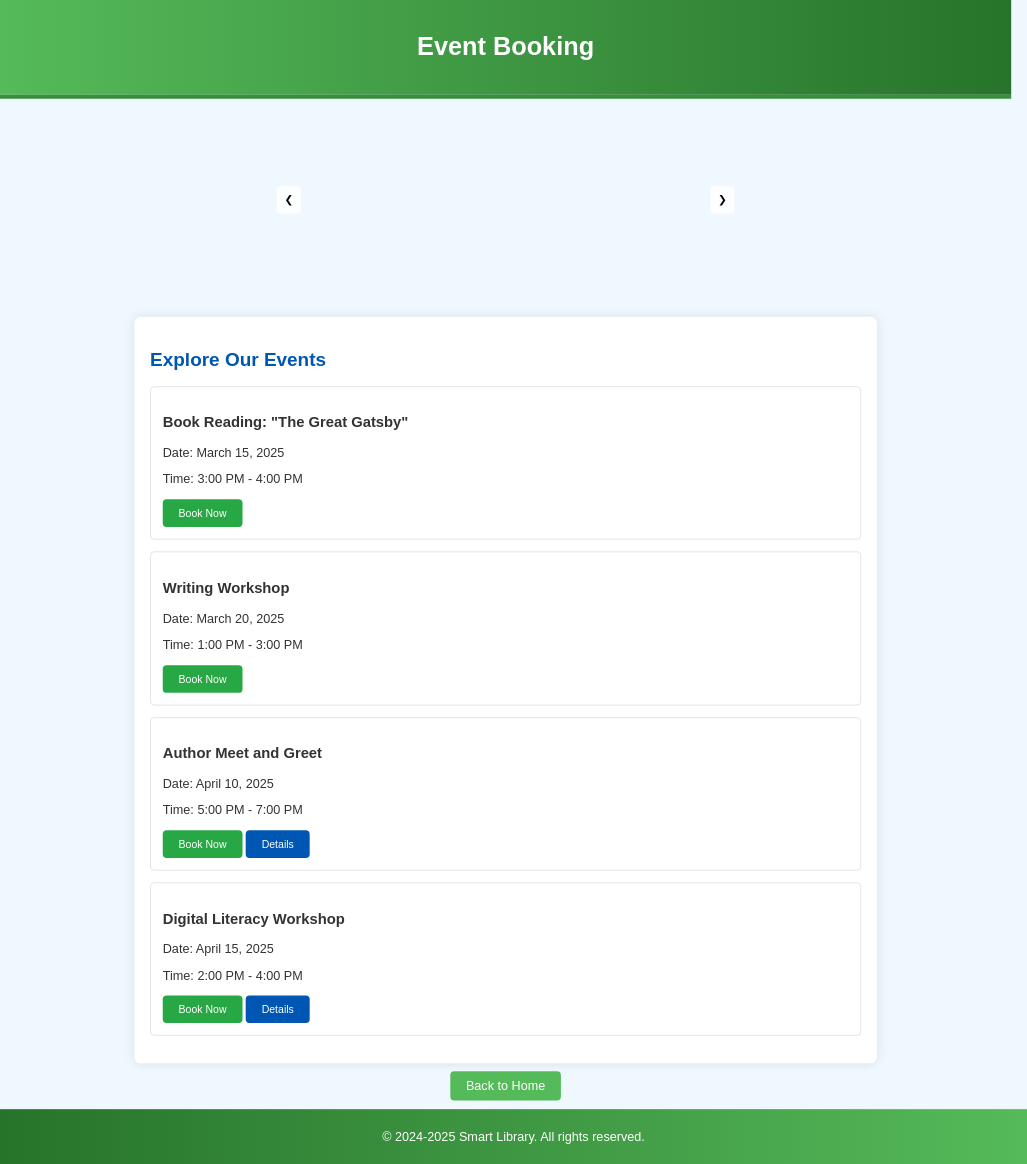
Repository: grebail/Comp-FYP
Page: public/event_booking.html
An editor plug-in stored every save of this project. The page is shown before and after the next save, followed by the edit.
The browser window is 1280 px wide. The page is 1300 px wide, so the pictures cover 1300 px, including what lies to the right of the window. The pictures show the whole page, at 79% of full size.
The page's requests for data from a server got no answer.

Above is the page before, as saved 2025-04-05 03:05:44.

After the next save:
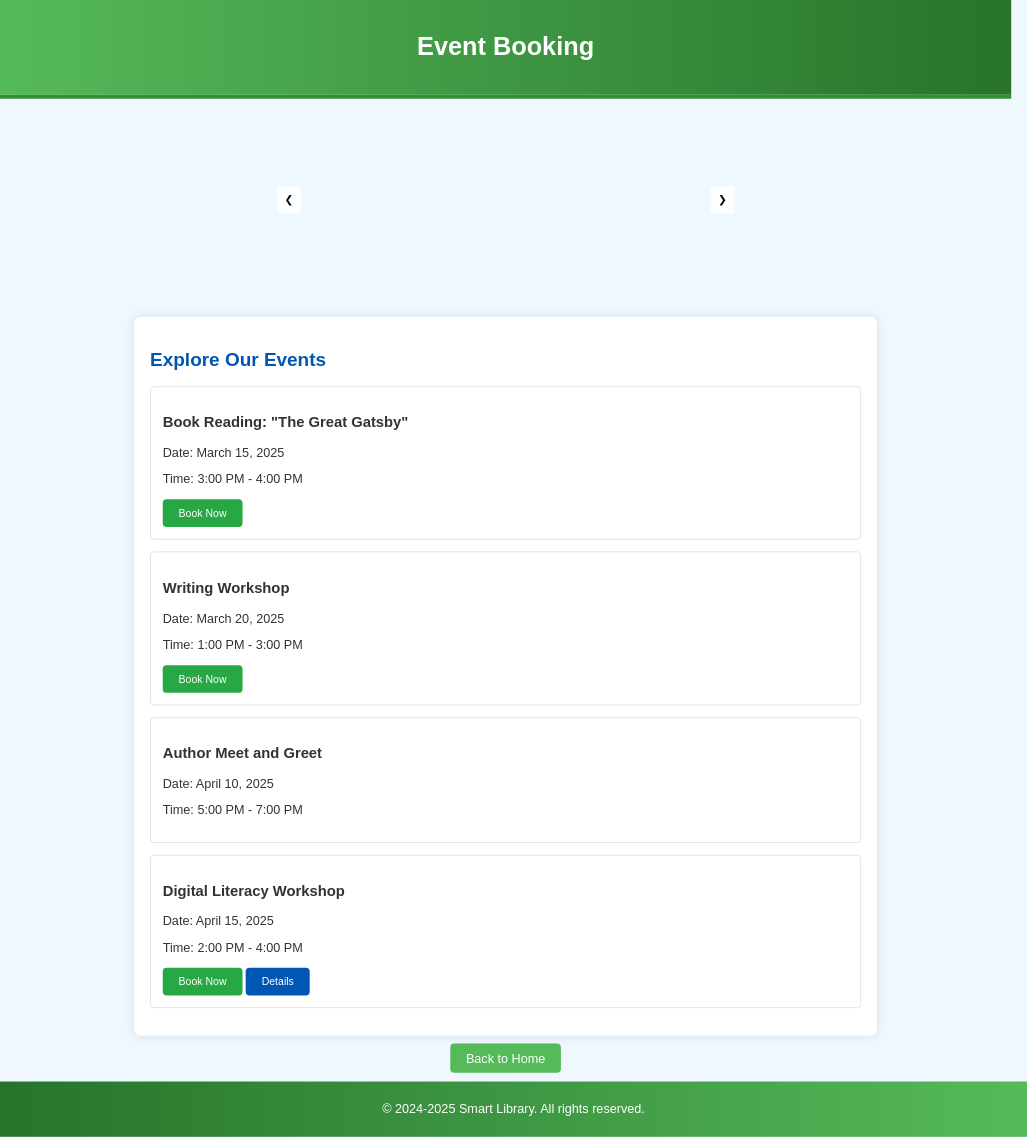
Saved 6 s later.
--- a/public/event_booking.html
+++ b/public/event_booking.html
@@ -305,8 +305,7 @@
         <p class="event-info" style="display: none;">
             Meet and greet local famous author - Richard Tong. Sharing his life of being an author in Hong Kong and challenges.
         </p>
-        <button class="book-button" onclick="bookEvent(this)">Book Now</button>
-        <button class="detail-button" onclick="detailModal(this)">Details</button>
+
     </div>
     <div class="event">
         <h3>Digital Literacy Workshop</h3>

After the 3 saves that followed:
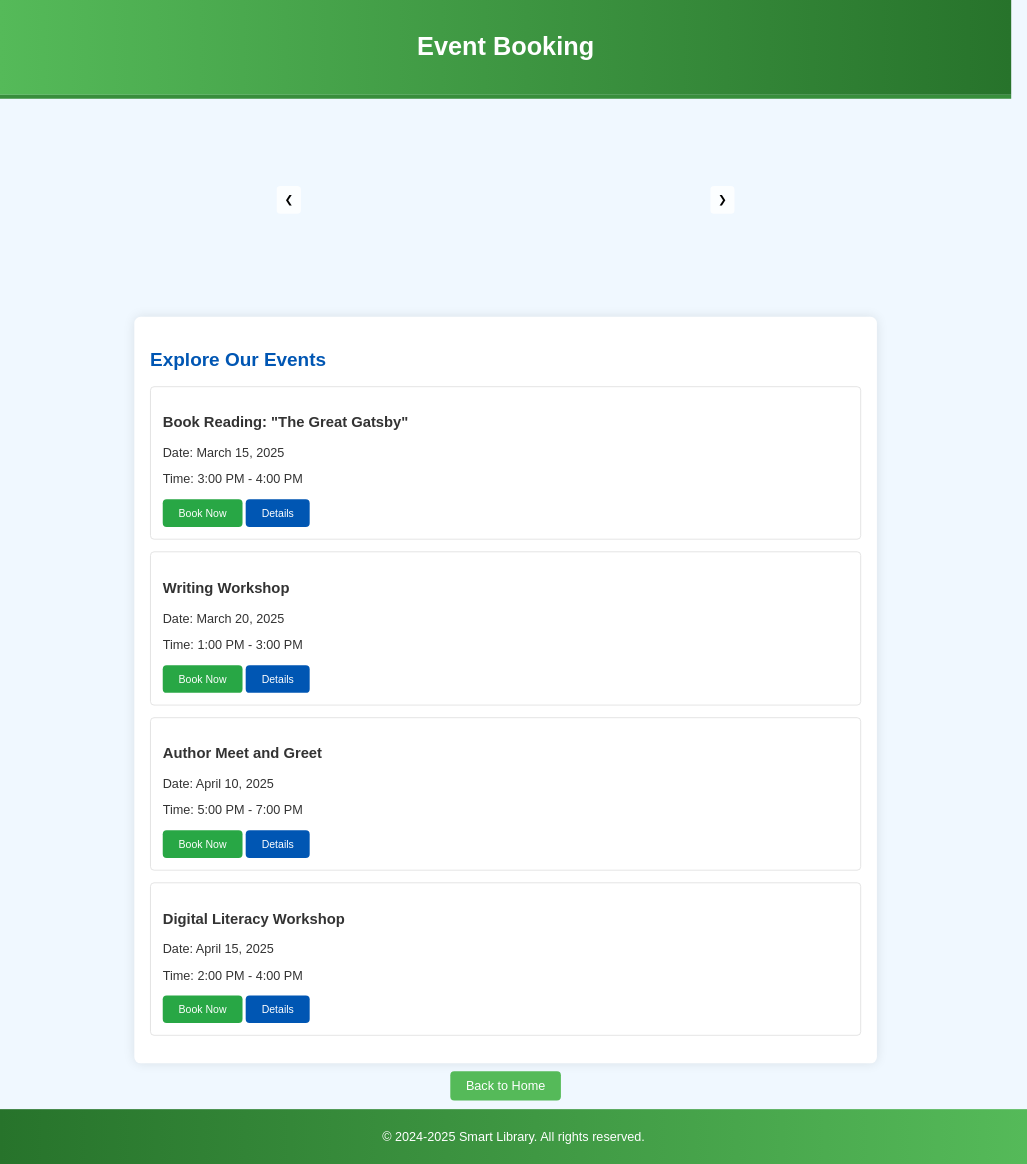
The 3 saves are shown as one change because 1 left the picture as it was and some came seconds apart.
The last was saved 4 min 4 s later.
--- a/public/event_booking.html
+++ b/public/event_booking.html
@@ -285,8 +285,8 @@
         <p class="event-info" style="display: none;">
             Join us for a captivating reading of F. Scott Fitzgerald's classic novel, followed by a discussion on the American Dream.
         </p>
-        <button class="book-button" onclick="bookEvent(this)">Book Now</button>
-
+        <button class="book-button" onclick="openModal('The Great Gatsby')">Book Now</button>
+        <button class="detail-button" onclick="detailModal(this)">Details</button>
     </div>
     <div class="event">
         <h3>Writing Workshop</h3>
@@ -295,8 +295,8 @@
         <p class="event-info" style="display: none;">
             Used many time for drafting an essay. Join the workshop to enrich your writing skills.
         </p>
-        <button class="book-button" onclick="bookEvent(this)">Book Now</button>
-
+        <button class="book-button" onclick="openModal('Writing Workshop')">Book Now</button>
+        <button class="detail-button" onclick="detailModal(this)">Details</button>
     </div>
     <div class="event">
         <h3>Author Meet and Greet</h3>
@@ -305,7 +305,8 @@
         <p class="event-info" style="display: none;">
             Meet and greet local famous author - Richard Tong. Sharing his life of being an author in Hong Kong and challenges.
         </p>
-
+        <button class="book-button" onclick="openModal('Author Meet and Greet')">Book Now</button>
+        <button class="detail-button" onclick="detailModal(this)">Details</button>
     </div>
     <div class="event">
         <h3>Digital Literacy Workshop</h3>
@@ -383,25 +384,20 @@
     }, 5000);
 
 
-    async function bookEvent(eventName, userName, userEmail) {
-        try {
-            const response = await fetch('/api/bookEvent', {
-                method: 'POST',
-                headers: { 'Content-Type': 'application/json' },
-                body: JSON.stringify({ eventName, userName, userEmail })
-            });
-
-            const result = await response.json();
-
-            if (!response.ok) {
-                throw new Error(result.error || 'Failed to book the event.');
-            }
-
-            alert(`Booking confirmed for "${eventName}"! A confirmation email has been sent to: ${userEmail}`);
-        } catch (error) {
-            console.error('Error booking event:', error.message);
-            alert('Error booking event. Please try again later.');
-        }
+    function openModal(eventName) {
+        document.getElementById('event-name').innerText = "You are booking: " + eventName;
+        document.getElementById('bookModal').dataset.eventName = eventName;
+        document.getElementById('bookModal').style.display = "block";
+    }
+
+    function detailModal(button) {
+        var eventDiv = button.closest('.event');
+        var eventName = eventDiv.querySelector('h3').innerText;
+        var description = eventDiv.querySelector('.event-info').innerText;
+
+        document.getElementById('event-name-info').innerText = eventName;
+        document.getElementById('event-detail').innerText = description;
+        document.getElementById('infoModal').style.display = 'block';
     }
 
     // Closing logic remains unchanged
@@ -420,8 +416,56 @@
         };
     });
 
-
-
+    function closeModal() {
+        document.getElementById('infoModal').style.display = "none";
+        document.getElementById('bookModal').style.display = "none";
+    }
+    document.getElementById('booking-form').addEventListener('submit', async function (event) {
+        event.preventDefault();
+
+        const eventName = document.getElementById('bookModal').dataset.eventName;
+        const userName = document.getElementById('name').value.trim();
+        const userEmail = document.getElementById('email').value.trim();
+        const submitButton = event.target.querySelector('.book-button');
+
+        if (!userName || !userEmail) {
+            alert('Please fill out all fields.');
+            return;
+        }
+
+        // Disable the button to prevent multiple submissions
+        submitButton.disabled = true;
+        submitButton.textContent = 'Processing...';
+
+        try {
+            // Send booking details to the server
+            const response = await fetch('/api/bookEvent', {
+                method: 'POST',
+                headers: { 'Content-Type': 'application/json' },
+                body: JSON.stringify({
+                    eventName,
+                    userName,
+                    userEmail
+                })
+            });
+
+            const result = await response.json();
+
+            if (!response.ok) {
+                throw new Error(result.error || 'Failed to confirm booking.');
+            }
+
+            alert(`Booking confirmed for "${eventName}"! A confirmation email has been sent to: ${userEmail}`);
+            closeModal();
+        } catch (error) {
+            console.error('Error confirming booking:', error.message);
+            alert('Error confirming booking. Please try again.');
+        } finally {
+            // Re-enable the button
+            submitButton.disabled = false;
+            submitButton.textContent = 'Confirm Booking';
+        }
+    });
 
     document.addEventListener('DOMContentLoaded', async function () {
         try {
